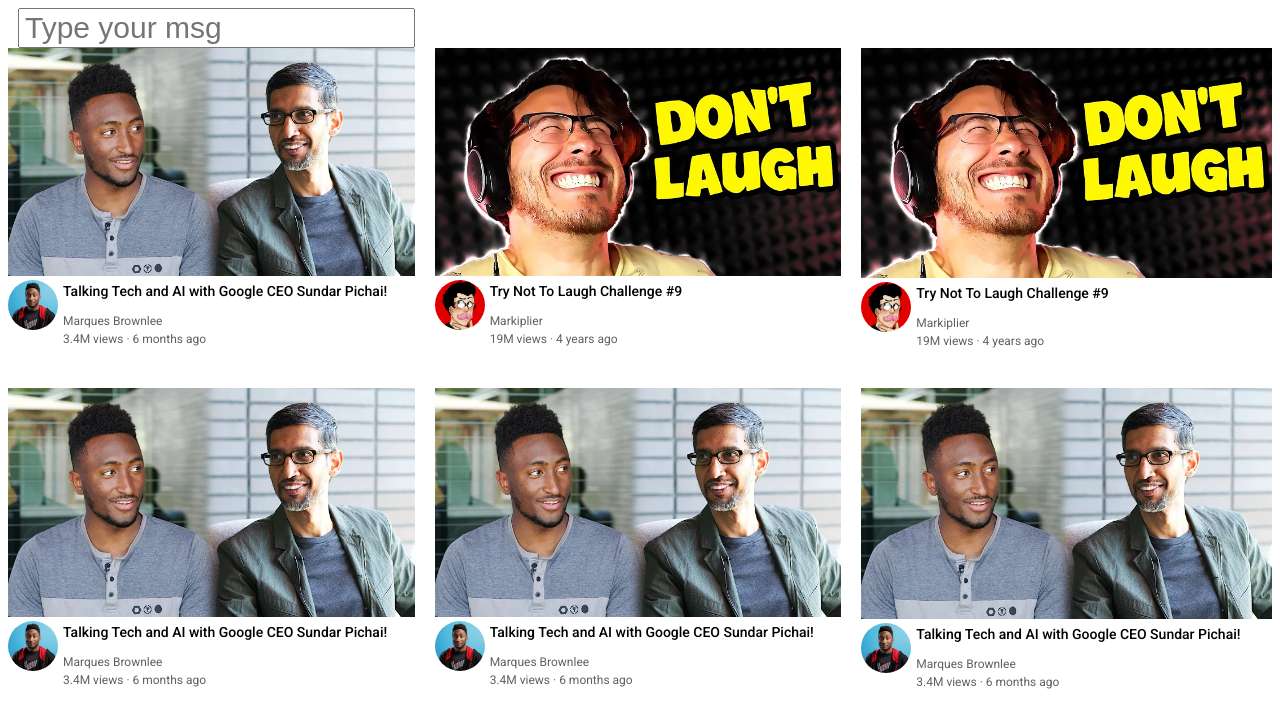
Repository: RagulRanjeeth/Frontend
Page: CloneYoutube/index.html
These files come from the project's save history. The page is drawn as it stood at one moment and after the next save; the edit follows.
The browser window is 1280 px wide. The pictures show the whole page.

Above is the page before, as saved 2026-01-25 17:00:31.

### CloneYoutube/index.html
<!DOCTYPE html>
<html>
    <head><title>Youtube Clone</title>
    <link rel="stylesheet" href="Styles.css"></head>
    <link rel="preconnect" href="https://fonts.googleapis.com">
    <link rel="preconnect" href="https://fonts.gstatic.com" crossorigin>
    <link href="https://fonts.googleapis.com/css2?family=Montserrat:ital,wght@0,100..900;1,100..900&family=Roboto:ital,wght@0,100..900;1,100..900&display=swap" rel="stylesheet">
    <body>
        <input class="SearchDashbar" type="text" placeholder="Type your msg">


<div class="MainContainer">

    <div class="Container">
            <div class="ThumbnailsContainer">
                <img class="Thumbnails" src="Thumbnails/thumbnail-1.webp">
            </div>

            <div class="DescriptionContainer">

                <div class="ProfileImgContainer">
                    <img class="ProfilePicture" src="Channels/channel-1.jpeg">
                </div>

                <div class="VideoDetailsContainer">
                    <p class="VideoHeading">
                     Talking Tech and AI with Google CEO Sundar Pichai!
                    </p>
                     <p class="VideoAuthor">
                     Marques Brownlee
                    </p>
                    <p class="VideoStats">
                     3.4M views &#183 6 months ago
                    </p>
                </div>

                </div>
            </div>


        <div class="Container">
            <div class="ThumbnailsContainer">
                <img class="Thumbnails" src="Thumbnails/thumbnail-2.webp">
            </div>
            <div class="DescriptionContainer">
                <div class="ProfileImgContainer">
                    <img class="ProfilePicture" src="Channels/channel-2.jpg">
                </div>
                <div class="VideoDetailsContainer">
                    <p class="VideoHeading">
                     Try Not To Laugh Challenge #9
                    </p>
                     <p class="VideoAuthor">
                        Markiplier
                    </p>
                    <p class="VideoStats">
                       19M views &#183  4 years ago
                    </p>
                </div>
            </div>
        </div>

        <div class="Container">
            <div class="ThumbnailsContainer">
                <img class="Thumbnails" src="Thumbnails/thumbnail-2.webp">
            </div>
            <div class="DescriptionContainer">
                <div class="ProfileImgContainer">
                    <img class="ProfilePicture" src="Channels/channel-2.jpg">
                </div>
                <div class="VideoDetailsContainer">
                    <p class="VideoHeading">
                     Try Not To Laugh Challenge #9
                    </p>
                     <p class="VideoAuthor">
                        Markiplier
                    </p>
                    <p class="VideoStats">
                       19M views &#183  4 years ago
                    </p>
                </div>
            </div>
        </div>


        <div class="Container">

            <div class="ThumbnailsContainer">
                <img class="Thumbnails" src="Thumbnails/thumbnail-1.webp">
            </div>

            <div class="DescriptionContainer">

                <div class="ProfileImgContainer">
                    <img class="ProfilePicture" src="Channels/channel-1.jpeg">
                </div>

                <div class="VideoDetailsContainer">
                    <p class="VideoHeading">
                     Talking Tech and AI with Google CEO Sundar Pichai!
                    </p>
                     <p class="VideoAuthor">
                     Marques Brownlee
                    </p>
                    <p class="VideoStats">
                     3.4M views &#183 6 months ago
                    </p>
                </div>

            </div>

        </div>


        <div class="Container">

            <div class="ThumbnailsContainer">
                <img class="Thumbnails" src="Thumbnails/thumbnail-1.webp">
            </div>

            <div class="DescriptionContainer">

                <div class="ProfileImgContainer">
                    <img class="ProfilePicture" src="Channels/channel-1.jpeg">
                </div>

                <div class="VideoDetailsContainer">
                    <p class="VideoHeading">
                     Talking Tech and AI with Google CEO Sundar Pichai!
                    </p>
                     <p class="VideoAuthor">
                     Marques Brownlee
                    </p>
                    <p class="VideoStats">
                     3.4M views &#183 6 months ago
                    </p>
                </div>

            </div>

        </div>


        <div class="Container">

            <div class="ThumbnailsContainer">
                <img class="Thumbnails" src="Thumbnails/thumbnail-1.webp">
            </div>

            <div class="DescriptionContainer">

                <div class="ProfileImgContainer">
                    <img class="ProfilePicture" src="Channels/channel-1.jpeg">
                </div>

                <div class="VideoDetailsContainer">
                    <p class="VideoHeading">
                     Talking Tech and AI with Google CEO Sundar Pichai!
                    </p>
                     <p class="VideoAuthor">
                     Marques Brownlee
                    </p>
                    <p class="VideoStats">
                     3.4M views &#183 6 months ago
                    </p>
                </div>

            </div>

        </div>

        </div>
    </body>
</html>

### CloneYoutube/Styles.css
.Thumbnails{
    width: 300px;
    /* height:300px;
    object-fit: contain;
    object-position:center;
    border-width: 2px;
    border-style:solid; */
}

.SearchDashbar{
    font-family: Arial;
    font-size: 30px;
    display: block;
    margin-left: 10px;
    padding-left: 5px;

}


.MainContainer{
   display: grid;
   grid-template-columns: 1fr 1fr 1.01fr;
   column-gap: 20px;
   row-gap: 40px;
}

.Container{
     width: 100%;

}

.Thumbnails{
      width: 100%;
}

 .ThumbnailsContainer{
   width: 100%;
    margin-bottom:0px;
 }

.VideoHeading{
    font-family: Roboto, Arial, sans-serif;
    font-size: 14px;
    font-weight: 500;
    color: rgb(0, 0, 0);
    line-height:22px;
    margin-bottom: 5px;
    margin-top:0px;

}

.VideoAuthor, .VideoStats{
    font-family: Roboto, Arial, sans-serif;
    font-size: 12px;
    color: rgb(96, 96, 96);
    margin-bottom: 0px;
}

 .VideoStats{
    margin-top: 4px;
 }

.DescriptionContainer{
   display: grid;
   grid-template-columns: 50px 1fr;
}


 .ProfileImgContainer
 {

 }

 .VideoDetailsContainer{
   margin-left: 5px;
 }

 .ProfilePicture{
    width:50px;
    border-radius: 50px;
 }

After the next save:
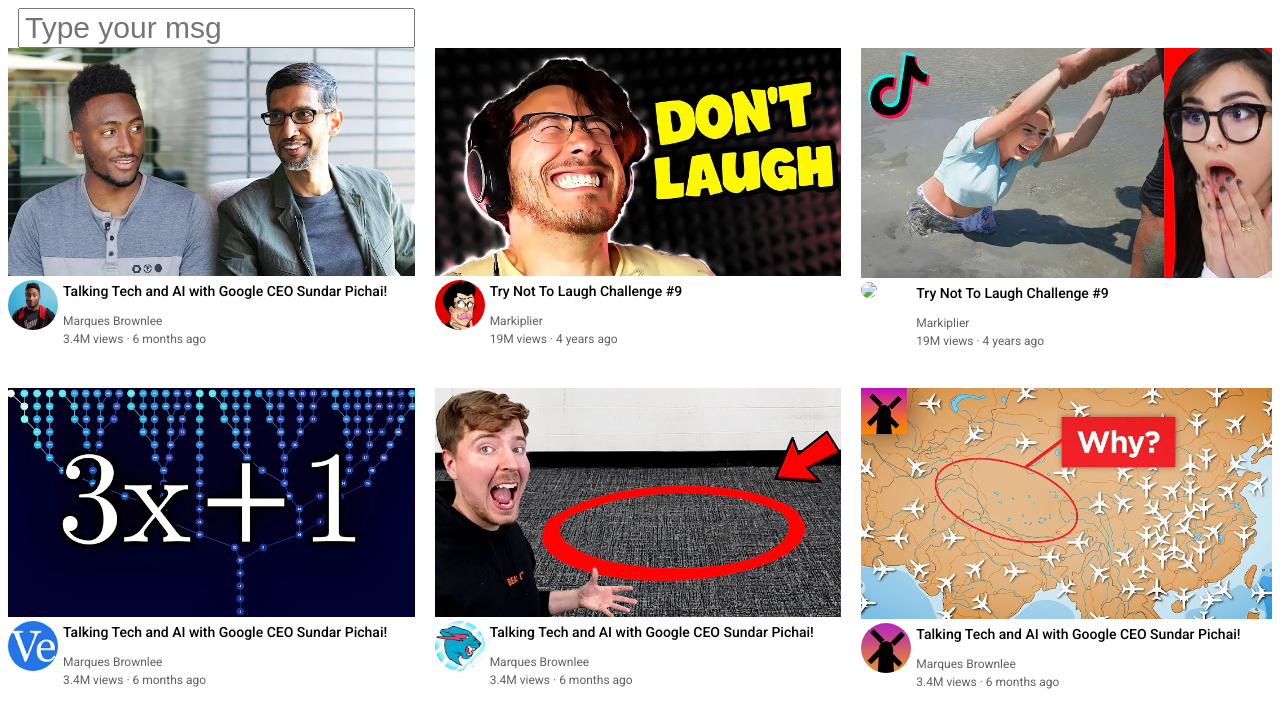
Not found: CloneYoutube/Channels/channel-3.jpg
Saved 4 min 41 s later.
--- a/CloneYoutube/index.html
+++ b/CloneYoutube/index.html
@@ -62,11 +62,11 @@
 
         <div class="Container">
             <div class="ThumbnailsContainer">
-                <img class="Thumbnails" src="Thumbnails/thumbnail-2.webp">
+                <img class="Thumbnails" src="Thumbnails/thumbnail-3.webp">
             </div>
             <div class="DescriptionContainer">
                 <div class="ProfileImgContainer">
-                    <img class="ProfilePicture" src="Channels/channel-2.jpg">
+                    <img class="ProfilePicture" src="Channels/channel-3.jpg">
                 </div>
                 <div class="VideoDetailsContainer">
                     <p class="VideoHeading">
@@ -86,13 +86,13 @@
         <div class="Container">
 
             <div class="ThumbnailsContainer">
-                <img class="Thumbnails" src="Thumbnails/thumbnail-1.webp">
+                <img class="Thumbnails" src="Thumbnails/thumbnail-4.webp">
             </div>
 
             <div class="DescriptionContainer">
 
                 <div class="ProfileImgContainer">
-                    <img class="ProfilePicture" src="Channels/channel-1.jpeg">
+                    <img class="ProfilePicture" src="Channels/channel-4.jpeg">
                 </div>
 
                 <div class="VideoDetailsContainer">
@@ -115,13 +115,13 @@
         <div class="Container">
 
             <div class="ThumbnailsContainer">
-                <img class="Thumbnails" src="Thumbnails/thumbnail-1.webp">
+                <img class="Thumbnails" src="Thumbnails/thumbnail-5.webp">
             </div>
 
             <div class="DescriptionContainer">
 
                 <div class="ProfileImgContainer">
-                    <img class="ProfilePicture" src="Channels/channel-1.jpeg">
+                    <img class="ProfilePicture" src="Channels/channel-5.jpeg">
                 </div>
 
                 <div class="VideoDetailsContainer">
@@ -144,13 +144,13 @@
         <div class="Container">
 
             <div class="ThumbnailsContainer">
-                <img class="Thumbnails" src="Thumbnails/thumbnail-1.webp">
+                <img class="Thumbnails" src="Thumbnails/thumbnail-6.webp">
             </div>
 
             <div class="DescriptionContainer">
 
                 <div class="ProfileImgContainer">
-                    <img class="ProfilePicture" src="Channels/channel-1.jpeg">
+                    <img class="ProfilePicture" src="Channels/channel-6.jpeg">
                 </div>
 
                 <div class="VideoDetailsContainer">

After the save that followed:
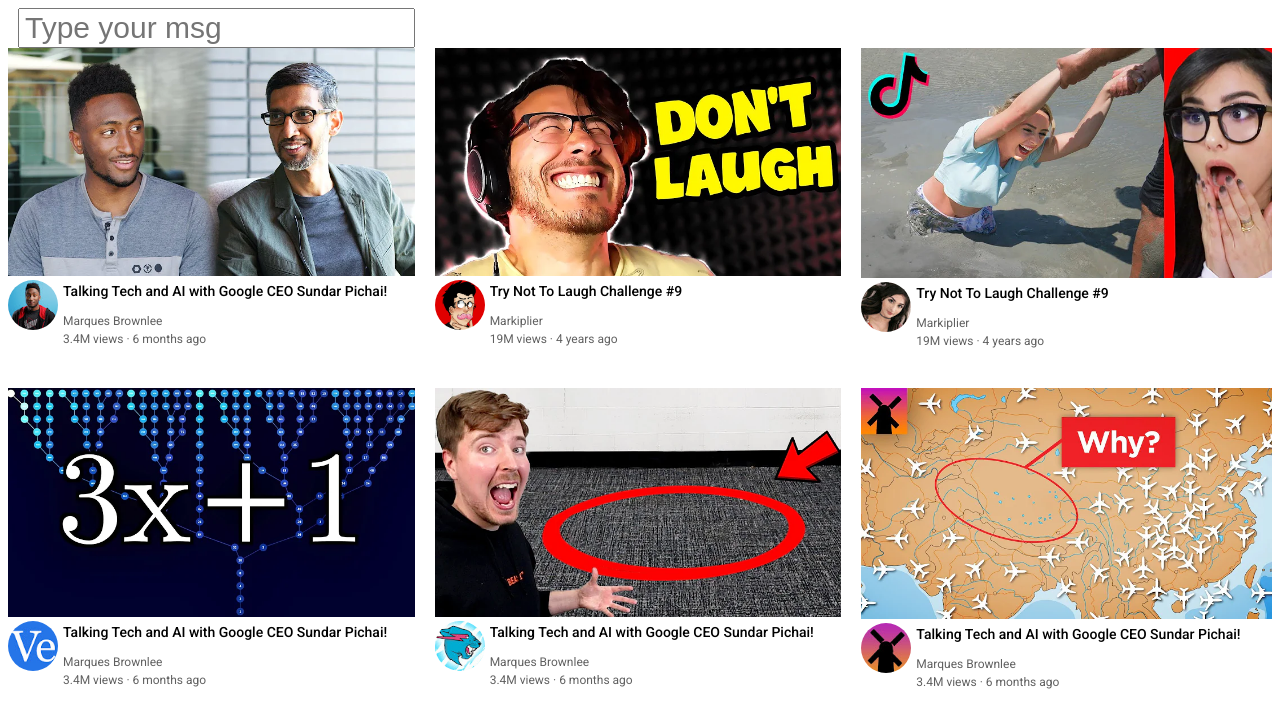
Saved 35 s later.
--- a/CloneYoutube/index.html
+++ b/CloneYoutube/index.html
@@ -66,7 +66,7 @@
             </div>
             <div class="DescriptionContainer">
                 <div class="ProfileImgContainer">
-                    <img class="ProfilePicture" src="Channels/channel-3.jpg">
+                    <img class="ProfilePicture" src="Channels/channel-3.jpeg">
                 </div>
                 <div class="VideoDetailsContainer">
                     <p class="VideoHeading">
